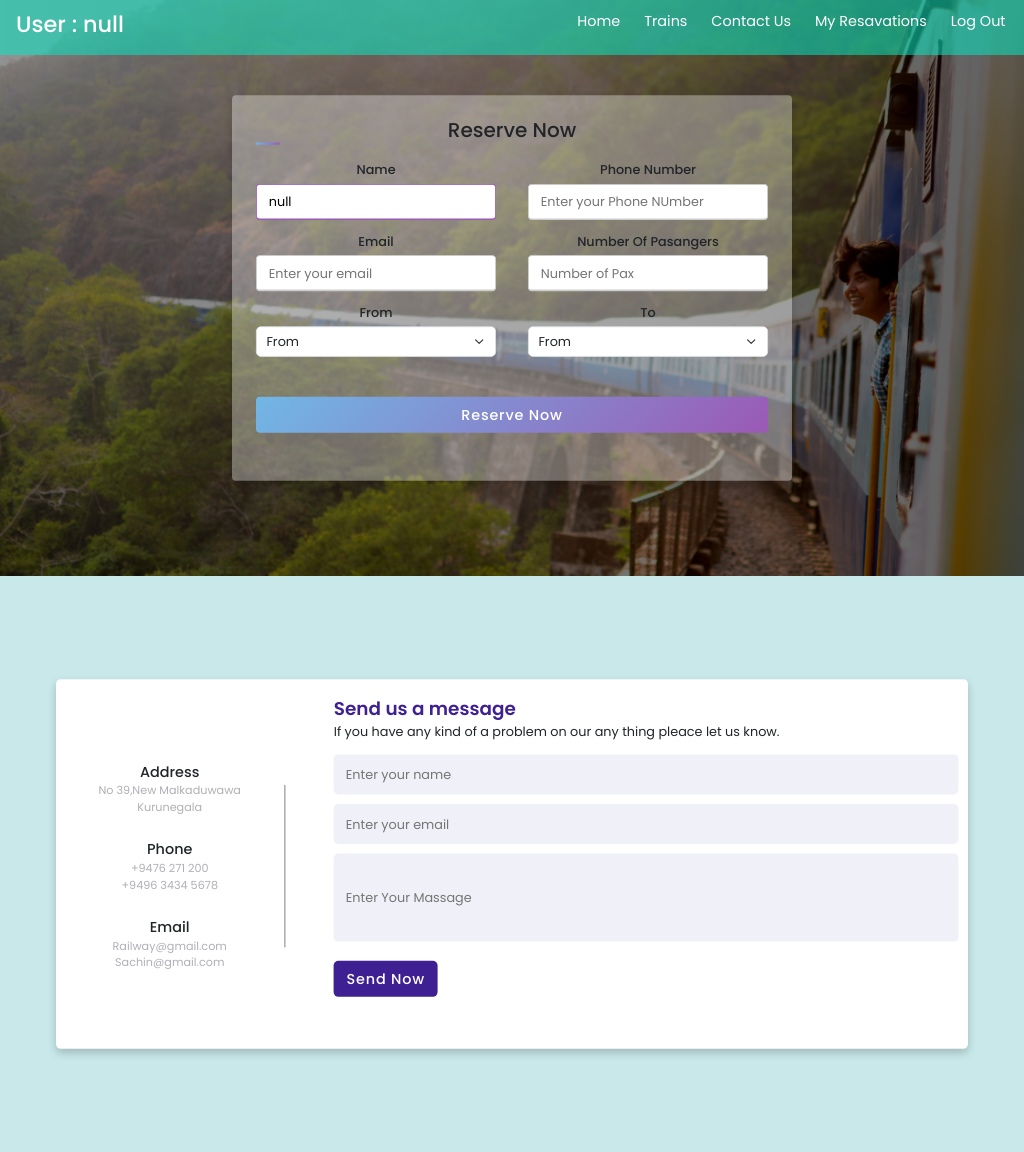
Repository: SachinUthpala/Railway-Reservation
Page: http://localhost/Railway/Reserve/reserve.jsp
These files come from the project's save history. The page is drawn as it stood at one moment and after the next save; the edit follows.
The browser window is 1280 px wide. The pictures show the whole page, at 80% of full size.
The page is served by Tomcat 9. Other server files are loaded and not shown.

Above is the page before, as saved 2023-05-21 06:58:44.

### Railway/src/main/webapp/Reserve/reserve.jsp
<%@ page language="java" contentType="text/html; charset=UTF-8"
    pageEncoding="UTF-8"%>
<%

String Username;
Username = (String)session.getAttribute("user_name");
System.out.println("\n Username :"+Username);



%>
<!DOCTYPE html>
<!-- Created By CodingLab - www.codinglabweb.com -->
<html lang="en" dir="ltr">
  <head>
    <meta charset="UTF-8">
    <title>Resive</title>
    <link rel="stylesheet" href="style/style.css">
    <link rel="stylesheet" href="./style/boostrap.min.css">
     <meta name="viewport" content="width=device-width, initial-scale=1.0">
  <!-- Styles of the webpage -->

</head>


<body>

  <div class="nav">
    <h3 style="padding-left:20px ;">User :  <%=Username %></h3>
    <ul>
      <li><a href="#">Home</a></li>
      <li><a href="../Train_res">Trains</a></li>
      <li><a href="#contact">Contact Us</a></li>
      <li><a href="../My_res_sv">My Resavations</a></li>
      <li><a href="#">Log Out</a></li>
    </ul>
  </div>
<!-- Resavation Form Start -->
<div class="mainContainer">

  <div class="containers">
    <div class="title">Reserve Now</div>
    <div class="content">
      <form action="../insertReserve" method="post">
        <div class="user-details">
          <div class="input-box">
            <span class="details">Name</span>
            <input type="text" placeholder="Enter your name" required name="uname" value="<%=Username%>">
          </div>
          <div class="input-box">
            <span class="details">Phone Number</span>
            <input type="text" placeholder="Enter your Phone NUmber" required name="phone">
          </div>
          <div class="input-box">
            <span class="details">Email</span>
            <input type="text" placeholder="Enter your email" required name="email">
          </div>
          <div class="input-box">
            <span class="details">Number Of Pasangers</span>
            <input type="text" placeholder="Number of Pax" required name="pax">
          </div>
          <div class="input-box">
            <span class="details">From</span>


            <select class="form-select" aria-label="Default select example" name="from">
  			<option selected>From</option>
 		 	<option value="ONE">One</option>
  			<option value="SACHIN">Two</option>
  			<option value="CHAMARA">Three</option>
			</select>


          </div>
          <div class="input-box">
            <span class="details">To</span>

            <select class="form-select" aria-label="Default select example" name="to">
  			<option selected>From</option>
 		 	<option value="1">One</option>
  			<option value="2">Two</option>
  			<option value="DDD">Three</option>
			</select>


          </div>
        </div>
        <div class="button">
          <input type="submit" value="Reserve Now">
        </div>
      </form>
    </div>
  </div>
</div>
<!-- resavation form end -->



<!--contact us form-->
<div class="mainContact" id="contact">
<div class="container">
  <div class="content">
    <div class="left-side">
      <div class="address details">
        <i class="fas fa-map-marker-alt"></i>
        <div class="topic">Address</div>
        <div class="text-one">No 39,New Malkaduwawa</div>
        <div class="text-two">Kurunegala</div>
      </div>
      <div class="phone details">
        <i class="fas fa-phone-alt"></i>
        <div class="topic">Phone</div>
        <div class="text-one">+9476 271 200</div>
        <div class="text-two">+9496 3434 5678</div>
      </div>
      <div class="email details">
        <i class="fas fa-envelope"></i>
        <div class="topic">Email</div>
        <div class="text-one">Railway@gmail.com</div>
        <div class="text-two">Sachin@gmail.com</div>
      </div>
    </div>
    <div class="right-side">
      <div class="topic-text">Send us a message</div>
      <p>If you have any kind of a problem on our any thing pleace let us know.</p>
    <form action="#">
      <div class="input-box">
        <input type="text" placeholder="Enter your name">
      </div>
      <div class="input-box">
        <input type="text" placeholder="Enter your email">
      </div>
      <div class="input-box message-box">
        <input type="text" name="" id="" placeholder="Enter Your Massage">
      </div>
      <div class="button">
        <input type="button" value="Send Now" >
      </div>
    </form>
  </div>
  </div>
</div>
</div>


</body>
</html>

### Railway/src/main/webapp/Reserve/style/style.css
@import url('https://fonts.googleapis.com/css2?family=Poppins:wght@200;300;400;500;600;700&display=swap');
*{
  margin: 0;
  padding: 0;
  box-sizing: border-box;
  font-family: 'Poppins',sans-serif;
}



/*navigation nav */
.nav{
  display: flex;
  flex-direction: row;
  justify-content: space-between;
  padding: 8px ;
  align-items: center;
  background-color: #06e7c28a;
  z-index: 100000000000000000000000000000000000;
  position: fixed;
  width: 100%;
  color: #fff;
}

.nav ul{
  display: flex;
  flex-direction: row;
  list-style-type: none;
}

.nav ul li{
  padding: 5px;
}

.nav ul li a{
  text-decoration: none;
  font-size: 18px;
  color:#fff;
  padding: 10px;
}


.nav ul li a:hover{
  border-bottom: 2px solid #0498fa;
  color: rgb(255, 255, 255);
  transition: 0.3s;
}

/*end of nav bar */





/*-------contact us form */

.mainContact{
  min-height: 100vh;
  width: 100%;
  background: #c8e8e9;
  display: flex;
  align-items: center;
  justify-content: center;
}


.container{
  width: 85%;
  background: #fff;
  border-radius: 6px;
  padding: 20px 60px 30px 40px;
  box-shadow: 0 5px 10px rgba(0, 0, 0, 0.2);
}
.container .content{
  display: flex;
  align-items: center;
  justify-content: space-between;
}
.container .content .left-side{
  width: 25%;
  height: 100%;
  display: flex;
  flex-direction: column;
  align-items: center;
  justify-content: center;
  margin-top: 15px;
  position: relative;
}
.content .left-side::before{
  content: '';
  position: absolute;
  height: 70%;
  width: 2px;
  right: -15px;
  top: 50%;
  transform: translateY(-50%);
  background: #afafb6;
}
.content .left-side .details{
  margin: 14px;
  text-align: center;
}
.content .left-side .details i{
  font-size: 30px;
  color: #3e2093;
  margin-bottom: 10px;
}
.content .left-side .details .topic{
  font-size: 18px;
  font-weight: 500;
}
.content .left-side .details .text-one,
.content .left-side .details .text-two{
  font-size: 14px;
  color: #afafb6;
}
.container .content .right-side{
  width: 75%;
  margin-left: 75px;
}
.content .right-side .topic-text{
  font-size: 23px;
  font-weight: 600;
  color: #3e2093;
}
.right-side .input-box{
  height: 50px;
  width: 100%;
  margin: 12px 0;
}
.right-side .input-box input,
.right-side .input-box textarea{
  height: 100%;
  width: 100%;
  border: none;
  outline: none;
  font-size: 16px;
  background: #F0F1F8;
  border-radius: 6px;
  padding: 0 15px;
  resize: none;
}
.right-side .message-box{
  min-height: 110px;
}
.right-side .input-box textarea{
  padding-top: 6px;
}
.right-side .button{
  display: inline-block;
  margin-top: 12px;
}
.right-side .button input[type="button"]{
  color: #fff;
  font-size: 18px;
  outline: none;
  border: none;
  padding: 8px 16px;
  border-radius: 6px;
  background: #3e2093;
  cursor: pointer;
  transition: all 0.3s ease;
}
.button input[type="button"]:hover{
  background: #5029bc;
}
@media (max-width: 950px) {
  .container{
    width: 90%;
    padding: 30px 40px 40px 35px ;
  }
  .container .content .right-side{
   width: 75%;
   margin-left: 55px;
}
}
@media (max-width: 820px) {
  .container{
    margin: 40px 0;
    height: 100%;
  }
  .container .content{
    flex-direction: column-reverse;
  }
 .container .content .left-side{
   width: 100%;
   flex-direction: row;
   margin-top: 40px;
   justify-content: center;
   flex-wrap: wrap;
 }
 .container .content .left-side::before{
   display: none;
 }
 .container .content .right-side{
   width: 100%;
   margin-left: 0;
 }
}





/*trains--*/
.trains{
  width: 100%;
  height: 100vh;
  background-color: #71b7e62f;
}

.trains h1{
  padding: 20px 0;
  text-align: center;
}



.mainContainer{
  text-align:center;
  height: 100vh;
  display: flex;
  justify-content: center;
  align-items: center;
  padding: 10px;
  background-image:linear-gradient(to left,#0000009d,#0000006b), url("../imgs/jk-gJhev0YgUcE-unsplash.jpg");
  background-size: cover;
}
.containers{
  max-width: 700px;
  width: 100%;
  background-color: #ffffff57;
  padding: 25px 30px;
  border-radius: 5px;
  box-shadow: 0 5px 10px rgba(0,0,0,0.15);
}
.containers .title{
  font-size: 25px;
  font-weight: 500;
  position: relative;
}
.containers .title::before{
  content: "";
  position: absolute;
  left: 0;
  bottom: 0;
  height: 3px;
  width: 30px;
  border-radius: 5px;
  background: linear-gradient(135deg, #71b7e6, #9b59b6);
}
.content form .user-details{
  display: flex;
  flex-wrap: wrap;
  justify-content: space-between;
  margin: 20px 0 12px 0;
}
form .user-details .input-box{
  margin-bottom: 15px;
  width: calc(100% / 2 - 20px);
}
form .input-box span.details{
  display: block;
  font-weight: 500;
  margin-bottom: 5px;
}
.user-details .input-box input{
  height: 45px;
  width: 100%;
  outline: none;
  font-size: 16px;
  border-radius: 5px;
  padding-left: 15px;
  border: 1px solid #ccc;
  border-bottom-width: 2px;
  transition: all 0.3s ease;
}
.user-details .input-box input:focus,
.user-details .input-box input:valid{
  border-color: #9b59b6;
}
 form .gender-details .gender-title{
  font-size: 20px;
  font-weight: 500;
 }
 form .category{
   display: flex;
   width: 80%;
   margin: 14px 0 ;
   justify-content: space-between;
 }
 form .category label{
   display: flex;
   align-items: center;
   cursor: pointer;
 }
 form .category label .dot{
  height: 18px;
  width: 18px;
  border-radius: 50%;
  margin-right: 10px;
  background: #d9d9d9;
  border: 5px solid transparent;
  transition: all 0.3s ease;
}
 #dot-1:checked ~ .category label .one,
 #dot-2:checked ~ .category label .two,
 #dot-3:checked ~ .category label .three{
   background: #9b59b6;
   border-color: #d9d9d9;
 }
 form input[type="radio"]{
   display: none;
 }
 form .button{
   height: 45px;
   margin: 35px 0
 }
 form .button input{
   height: 100%;
   width: 100%;
   border-radius: 5px;
   border: none;
   color: #fff;
   font-size: 18px;
   font-weight: 500;
   letter-spacing: 1px;
   cursor: pointer;
   transition: all 0.3s ease;
   background: linear-gradient(135deg, #71b7e6, #9b59b6);
 }
 form .button input:hover{
  /* transform: scale(0.99); */
  background: linear-gradient(-135deg, #71b7e6, #9b59b6);
  }
 @media(max-width: 584px){
 .container{
  max-width: 100%;
}
form .user-details .input-box{
    margin-bottom: 15px;
    width: 100%;
  }
  form .category{
    width: 100%;
  }
  .content form .user-details{
    max-height: 300px;
    overflow-y: scroll;
  }
  .user-details::-webkit-scrollbar{
    width: 5px;
  }
  }
  @media(max-width: 459px){
  .container .content .category{
    flex-direction: column;
  }
}

Loaded but not shown: Railway/src/main/webapp/Reserve/style/boostrap.min.css (library)

After the next save:
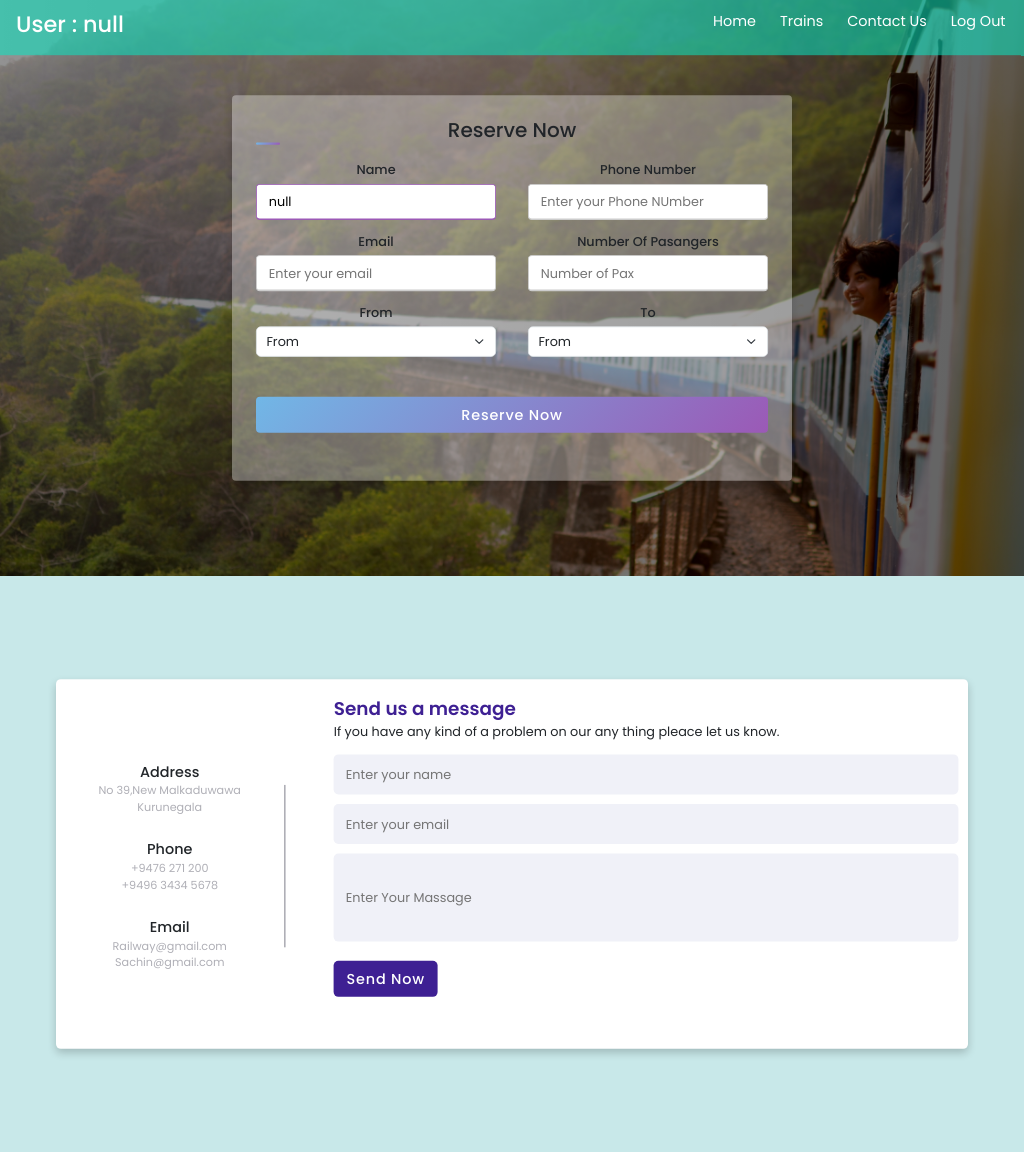
Saved 41 s later.
--- a/Railway/src/main/webapp/Reserve/reserve.jsp
+++ b/Railway/src/main/webapp/Reserve/reserve.jsp
@@ -31,7 +31,6 @@ System.out.println("\n Username :"+Username);
       <li><a href="#">Home</a></li>
       <li><a href="../Train_res">Trains</a></li>
       <li><a href="#contact">Contact Us</a></li>
-      <li><a href="../My_res_sv">My Resavations</a></li>
       <li><a href="#">Log Out</a></li>
     </ul>
   </div>
